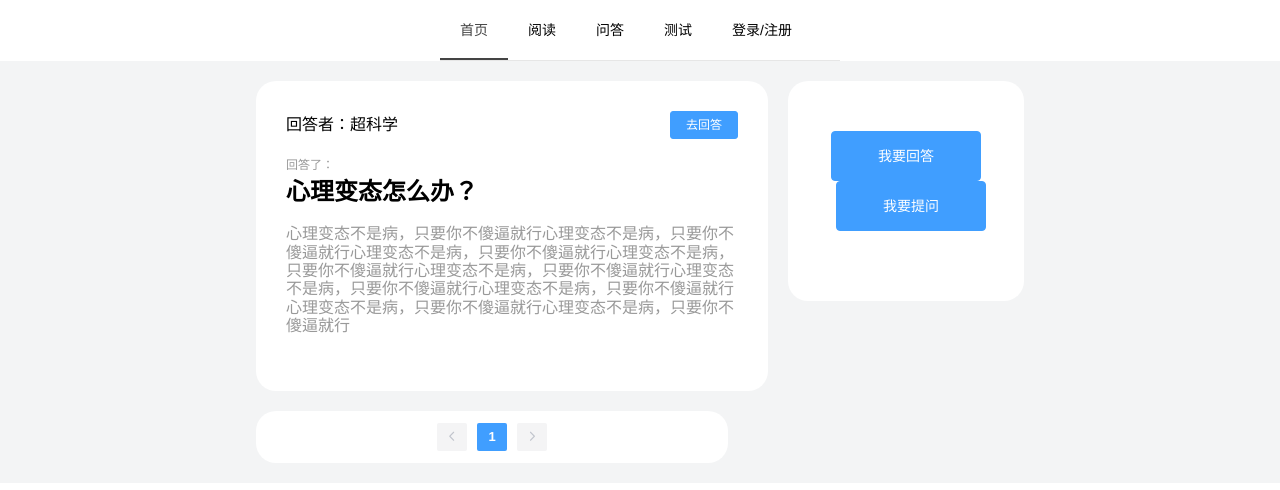
Repository: shengligo/xyx_vue_v1
Page: /qs
An editor plug-in stored every save of this project. The page is shown before and after the next save, followed by the edit.
The browser window is 1280 px wide. The pictures show the whole page.
The page's requests for data from a server got no answer. The project was rebuilt for these pictures with package versions that can differ from the ones it lists, and the page was loaded fresh each time. No one was signed in, and anything a server would have sent is missing. Also part of the build but not shown: vue.config.js, src/views/home/childComps/Art.vue, src/views/author/authors.vue, src/views/questions/QuestionDetail.vue.

Above is the page before, as saved 2021-09-04 17:39:22.

After the next save:
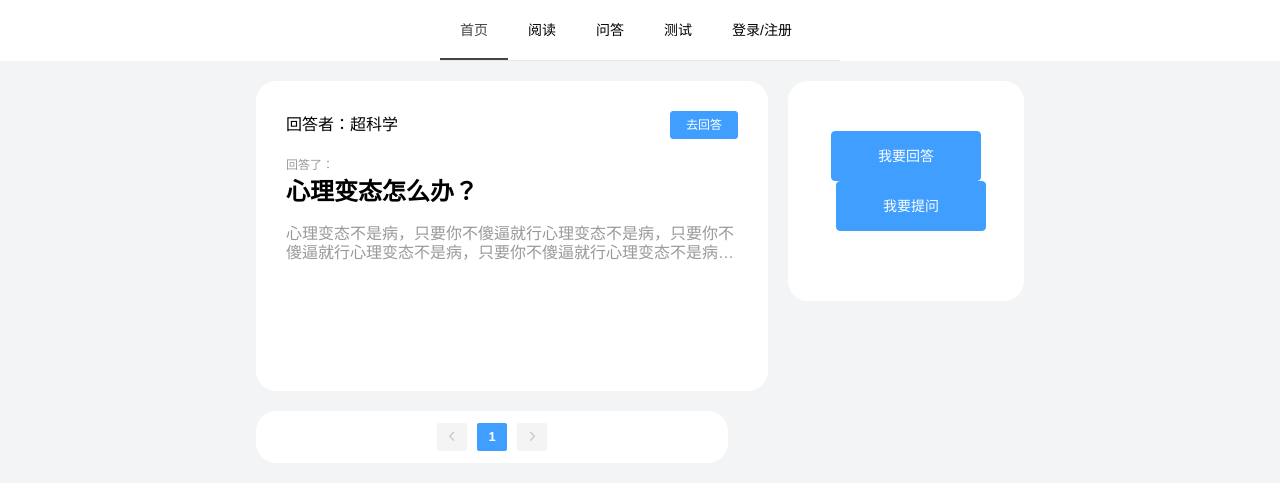
Saved 4 min 18 s later.
--- a/src/views/questions/Question.vue
+++ b/src/views/questions/Question.vue
@@ -156,6 +156,10 @@ export default {
 }
 .answerContent {
   color: #999;
+  overflow:hidden;
+display: -webkit-box;
+-webkit-line-clamp: 2;
+-webkit-box-orient: vertical;
 }
 .leftbox {
   margin-left: 20px;
